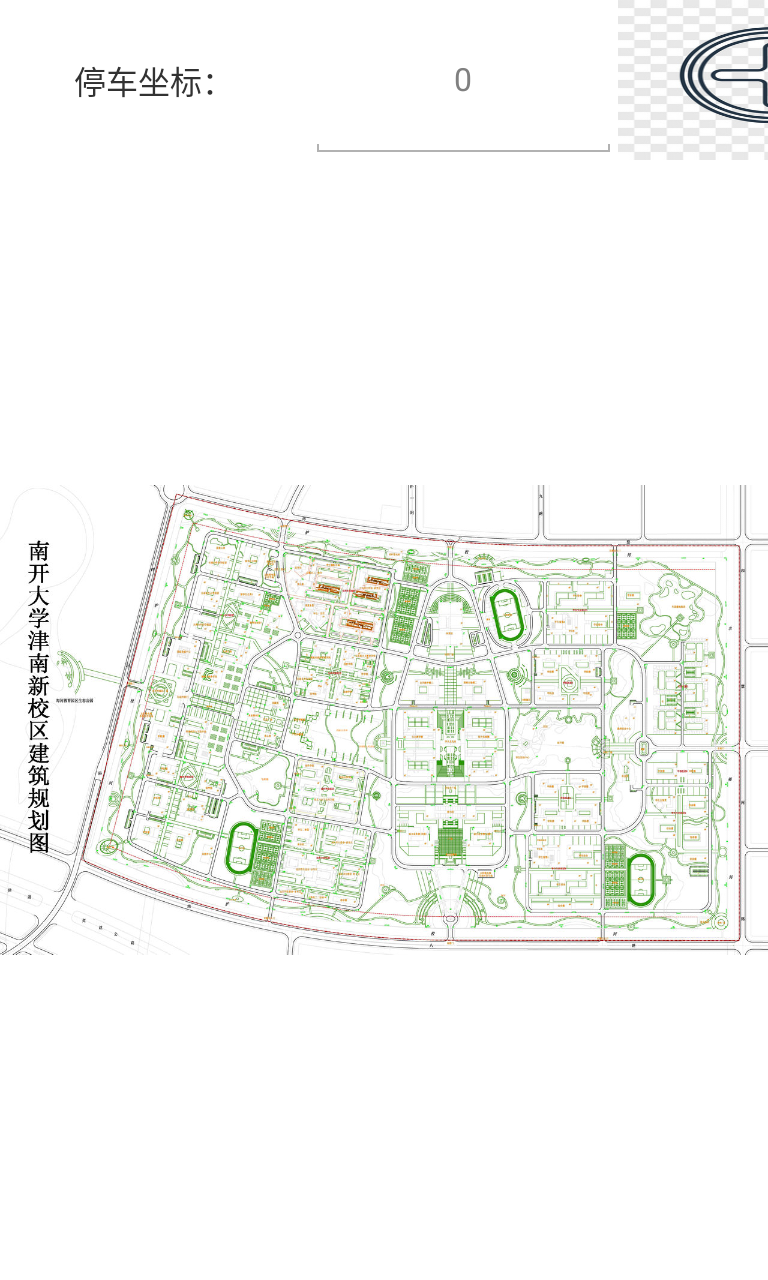
Repository: CovaWang/temporary_embedded
Layout: 7#车联·共享单车/代码/代码/res/layout/compass.xml
The author's editor kept a copy of each file at every save. The layout is drawn from the files as they stood at one save, then again after the next save.
It is drawn on a 768 x 1280 px phone screen (xhdpi) without system bars, with theme AppTheme; the app's code is not run.

Above is the layout before, as saved 2024-04-24 11:35:06.

After the next save:
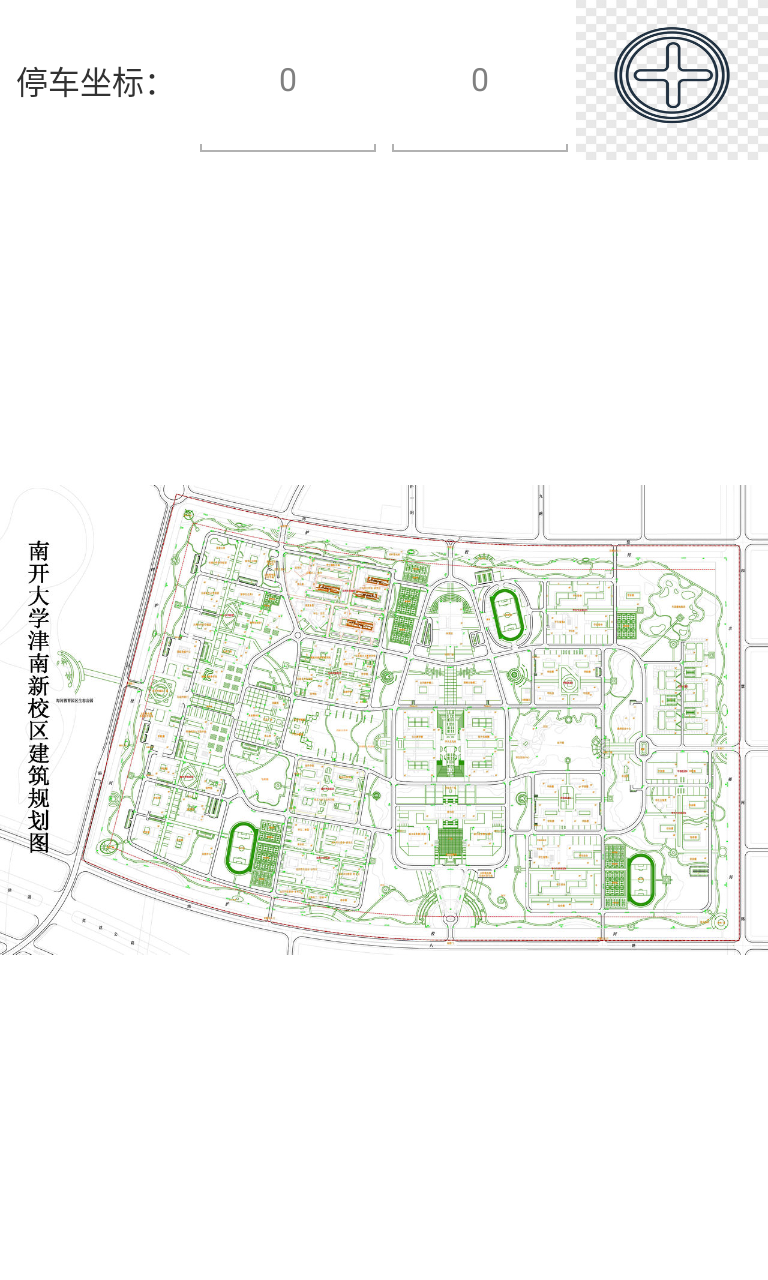
Saved 39 s later.
--- a/7#车联·共享单车/代码/代码/res/layout/compass.xml
+++ b/7#车联·共享单车/代码/代码/res/layout/compass.xml
@@ -19,8 +19,8 @@
 
 	    <EditText
 	        android:id="@+id/compass_text1"
-			android:layout_width="150dp"
-			android:layout_height="150dp"
+			android:layout_width="match_parent"
+			android:layout_height="match_parent"
 			android:gravity="center"
 			android:hint="0"
 			android:textSize="16sp"
